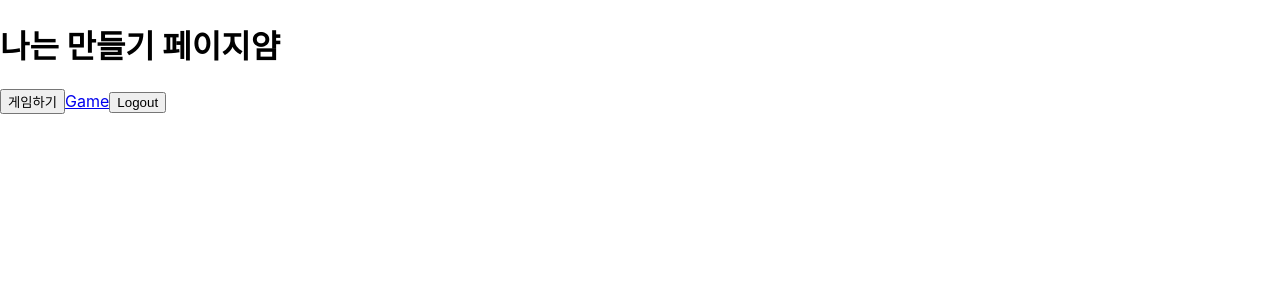
Repository: DevMinwoo-Jung/world_cup
Page: /maker (app in world_cup/)
These files come from the project's save history. The page is drawn as it stood at one moment and after the next save; the edit follows.
The browser window is 1280 px wide. The pictures show the whole page.
The project was rebuilt for these pictures with package versions that can differ from the ones it lists, and the page was loaded fresh each time. Also part of the build but not shown: world_cup/src/app.css, world_cup/src/components/login/login.jsx, world_cup/src/components/game/game.jsx.

Above is the page before, as saved 2021-08-31 10:43:17.

### world_cup/src/index.jsx
import React from 'react';
import ReactDOM from 'react-dom';
import './index.css';
import App from './app';
import AuthService from './service/auth_service'
import ImageUploader from './service/image_uploader';
// import ImageFileInput from './components/image_file_input/image_file_input';
import CardRepository from './service/card_repository';

const authService = new AuthService();
const imageUploader = new ImageUploader();
const cardRepository = new CardRepository();
// const FileInput = memo(props => (
//   <ImageFileInput {...props} imageUploader={imageUploader}/>
// ));

ReactDOM.render(
  <React.StrictMode>
    <App authService={authService} cardRepository={cardRepository}/>
  </React.StrictMode>,
  document.getElementById('root')
);

### world_cup/src/app.jsx
import './app.css';
import {
  BrowserRouter as Router,
  Switch,
  Route,
} from "react-router-dom";
import Login from './components/login/login';
import WorldCupMaker from './components/world_cup_maker/world_cup_maker';
import Game from './components/game/game';


function App({authService}) {
  return (
    <Router>
      <Switch>
        <Route exact path="/">
          <Login authService={authService} />
        </Route>
        <Route path="/maker">
          <WorldCupMaker/>
        </Route>
      </Switch>
    </Router>
  );
}

export default App;

### world_cup/src/service/auth_service.js
import {firebaseAuth, githubProvider, googleProvider} from './firebase';


class AuthService {
  login(providerName) {
    const authProvider = this.getProvider(providerName);
    return firebaseAuth.signInWithPopup(authProvider);
  }

  onAuthChange(onUserChanged) {
    firebaseAuth.onAuthStateChanged(user => {
      onUserChanged(user);
    })
  }

  logout() {
    firebaseAuth.signOut();
  }

  getProvider(providerName){
    switch(providerName){
      case 'Google':
      return googleProvider;
      case 'GitHub':
      return githubProvider;
      default:
        throw new Error(`Not supported provider ${providerName}`);
    }
  }
}

export default AuthService;

### world_cup/src/service/image_uploader.js
class ImageUploader {
  async upload(file){
    const data = new FormData();
    data.append('file', file);
    data.append('upload_preset', 'jwa0jjhd');
    const result = await fetch(
      'https://api.cloudinary.com/v1_1/dedew4rko/upload',
      {
        method: 'POST',
        body: data,
      }
    );
    return await result.json();
  };

}

export default ImageUploader;

### world_cup/src/service/card_repository.js
import {firebaseDatabase} from './firebase';

class CardRepository {

  syncCards(userId, onUpdate){
    const ref = firebaseDatabase.ref(`${userId}/cards`);
    ref.on('value', snapshot => {
      const value = snapshot.val();
      value && onUpdate(value);
    });
    return () => ref.off();
  }

  saveCard(userId, card){
    firebaseDatabase.ref(`${userId}/cards/${card.id}`).set(card);
  }

  removeCard(userId, card){
    firebaseDatabase.ref(`${userId}/cards/${card.id}`).remove();
  }
}

export default CardRepository;

### world_cup/src/components/world_cup_maker/world_cup_maker.jsx
import React from 'react';
import { Link, useHistory } from 'react-router-dom';
import {
  BrowserRouter as Router,
  Switch,
  Route,
} from "react-router-dom";
import Game from '../game/game';

const WorldCupMaker = () => {
  let history = useHistory();

  function gotoGame(){
    history.push("/game");
  }

  function goHome(){
    history.push("/");
  }

  return (
    <>
      <h1>나는 만들기 페이지얌</h1>
      <button onClick={gotoGame}>게임하기</button>
      <Link exact to="/game">Game</Link>
      <button onClick={goHome}>Logout</button>
    <Switch>
      <Route path="/game">
        <Game/>
      </Route>
    </Switch>
    </>
  );
};

export default WorldCupMaker;

### world_cup/src/service/firebase.js
import firebase from 'firebase';
import 'firebase/auth';
import 'firebase/database';

const firebaseConfig = {
  apiKey: process.env.REACT_APP_FIREBASE_API_KEY,
  authDomain: process.env.REACT_APP_FIREBASE_AUTH_DOMAIN,
  databaseURL: process.env.REACT_APP_FIREBASE_DB_URL,
  projectId: process.env.REACT_APP_FIREBASE_PROJECT_ID,
};

const firebaseApp = firebase.initializeApp(firebaseConfig);
export const firebaseAuth = firebaseApp.auth();
export const firebaseDatabase = firebaseApp.database();
export const googleProvider = new firebase.auth.GoogleAuthProvider();
export const githubProvider = new firebase.auth.GithubAuthProvider();

Loaded but not shown: world_cup/public/index.html (common file); world_cup/src/index.css (common file); world_cup/src/components/login/login.module.css (no stored copy; drawn as an empty file)

After the next save:
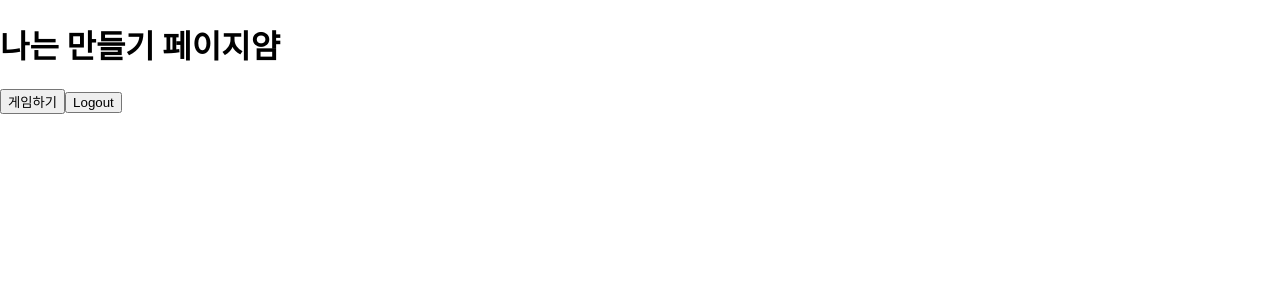
Saved 15 min 3 s later.
--- a/world_cup/src/components/world_cup_maker/world_cup_maker.jsx
+++ b/world_cup/src/components/world_cup_maker/world_cup_maker.jsx
@@ -22,13 +22,7 @@ const WorldCupMaker = () => {
     <>
       <h1>나는 만들기 페이지얌</h1>
       <button onClick={gotoGame}>게임하기</button>
-      <Link exact to="/game">Game</Link>
       <button onClick={goHome}>Logout</button>
-    <Switch>
-      <Route path="/game">
-        <Game/>
-      </Route>
-    </Switch>
     </>
   );
 };
